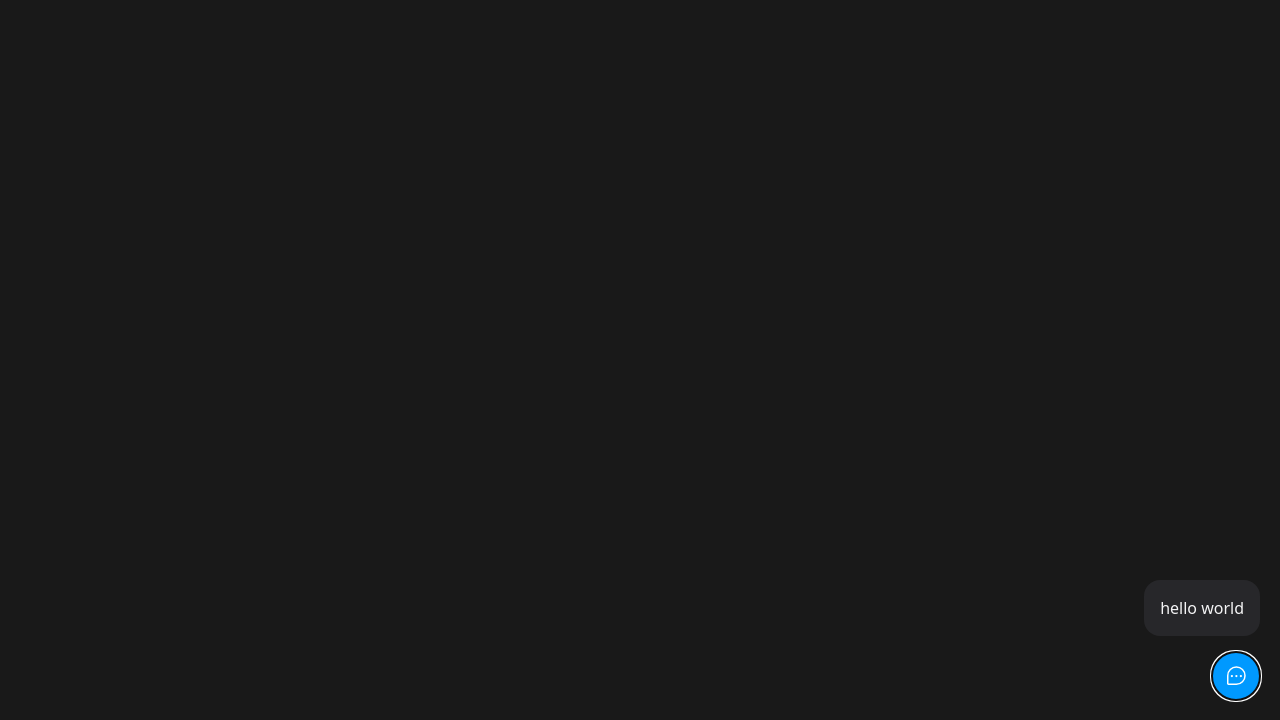
Repository: hochiminh1996/DW2A4
Page: / (app in Atividades/projeto-spa-2/web/), after clicking the first element matching `#headlessui-popover-button-\:ra\:`
The author's editor kept a copy of each file at every save. The page is drawn from the files as they stood at one save, then again after the next save.
The browser window is 1280 px wide. The pictures show the whole page.
The project was rebuilt for these pictures with package versions that can differ from the ones it lists, and the page was loaded fresh each time. Also part of the build but not shown: Atividades/projeto-spa-2/web/vite.config.ts.

Above is the page before, as saved 2022-06-13 20:03:34.

After the next save:
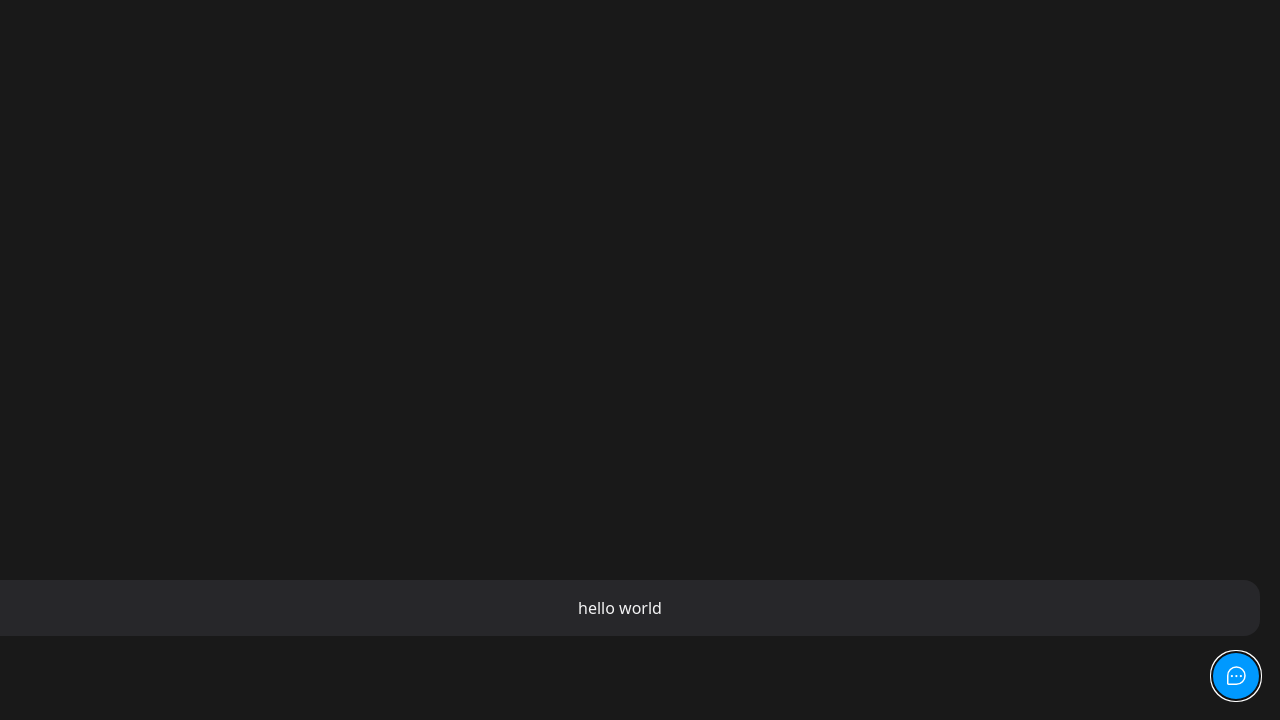
Saved 4 s later.
--- a/Atividades/projeto-spa-2/web/src/components/WidgetForm.tsx
+++ b/Atividades/projeto-spa-2/web/src/components/WidgetForm.tsx
@@ -1,6 +1,6 @@
 export function WidgetForm(){
     return (
-        <div className="bg-zinc-800 p-4 relative rounded-2xl mb-4 flex flex-col items-center w-[calc()]">
+        <div className="bg-zinc-800 p-4 relative rounded-2xl mb-4 flex flex-col items-center w-[calc(100vw)]">
             hello world
         </div>
     );
